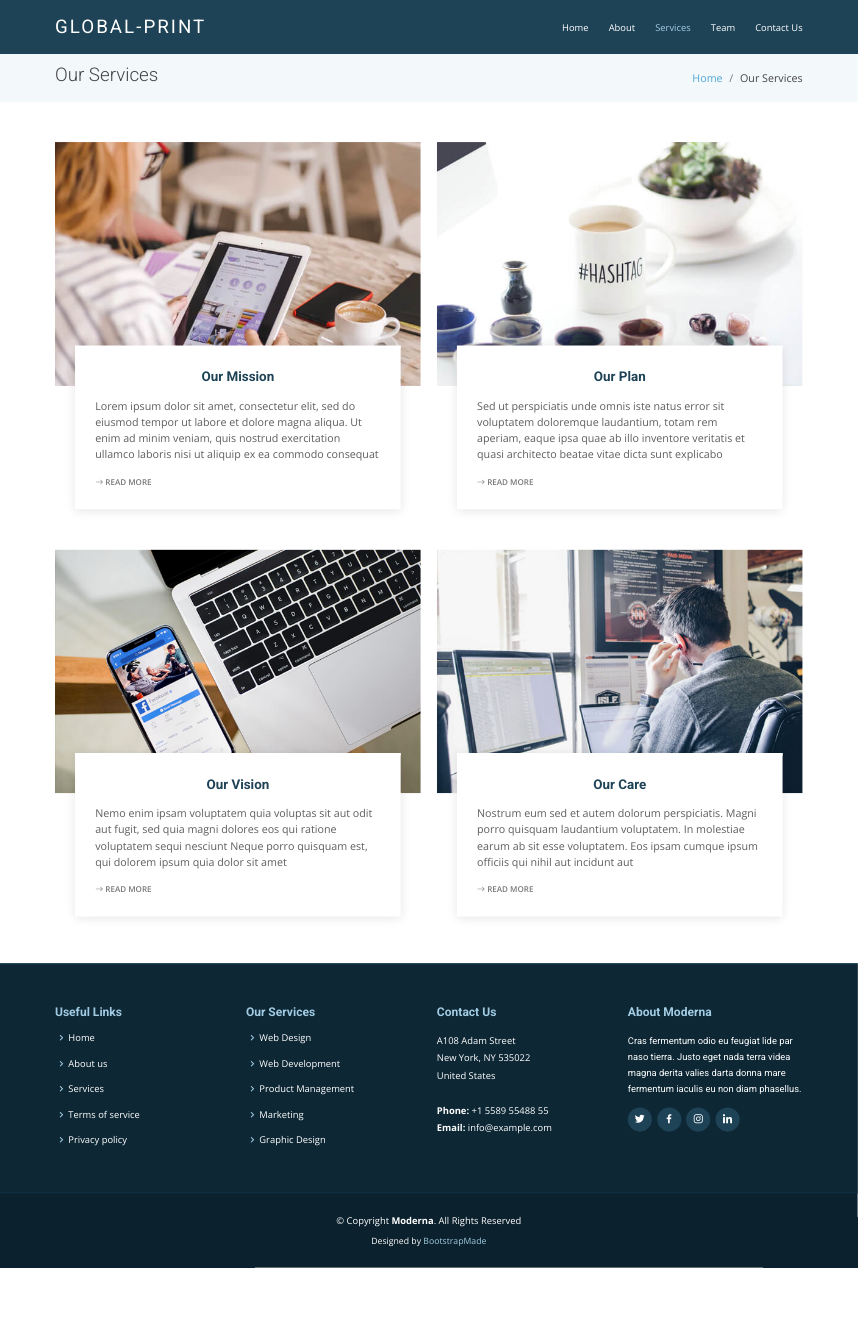
Repository: VachArt/Global-print
Page: services.html
An editor plug-in stored every save of this project. The page is shown before and after the next save, followed by the edit.
The browser window is 1280 px wide. The pictures show the whole page, at 67% of full size.

Above is the page before, as saved 2022-06-09 12:50:04.

### services.html
<!DOCTYPE html>
<html lang="en">

<head>
  <meta charset="utf-8">
  <meta content="width=device-width, initial-scale=1.0" name="viewport">

  <title>GlobalPrint</title>
  <meta content="" name="description">
  <meta content="" name="keywords">


  <!-- Google Fonts -->
  <link href="https://fonts.googleapis.com/css?family=Open+Sans:300,300i,400,400i,600,600i,700,700i|Roboto:300,300i,400,400i,500,500i,700,700i&display=swap" rel="stylesheet">

  <!-- Vendor CSS Files -->
  <link href="assets/vendor/animate.css/animate.min.css" rel="stylesheet">
  <link href="assets/vendor/aos/aos.css" rel="stylesheet">
  <link href="assets/vendor/bootstrap/css/bootstrap.min.css" rel="stylesheet">
  <link href="assets/vendor/bootstrap-icons/bootstrap-icons.css" rel="stylesheet">
  <link href="assets/vendor/boxicons/css/boxicons.min.css" rel="stylesheet">
  <link href="assets/vendor/glightbox/css/glightbox.min.css" rel="stylesheet">
  <link href="assets/vendor/swiper/swiper-bundle.min.css" rel="stylesheet">

  <!-- Template Main CSS File -->
  <link href="assets/css/style.css" rel="stylesheet">

</head>

<body>

  <!-- ======= Header ======= -->
  <header id="header" class="fixed-top d-flex align-items-center ">
    <div class="container d-flex justify-content-between align-items-center">

      <div class="logo">
        <h1 class="text-light"><a href="index.html"><span>Global-Print</span></a></h1>
        <!-- Uncomment below if you prefer to use an image logo -->
        <!-- <a href="index.html"><img src="assets/img/logo.png" alt="" class="img-fluid"></a>-->
      </div>

      <nav id="navbar" class="navbar">
        <ul>
          <li><a class="" href="index.html">Home</a></li>
          <li><a href="about.html">About</a></li>
          <li><a class="active" href="services.html">Services</a></li>
          <li><a href="team.html">Team</a></li>
          <li><a href="contact.html">Contact Us</a></li>
        </ul>
        <i class="bi bi-list mobile-nav-toggle"></i>
      </nav><!-- .navbar -->

    </div>
  </header><!-- End Header -->

  <main id="main">

    <!-- ======= Our Services Section ======= -->
    <section class="breadcrumbs">
      <div class="container">

        <div class="d-flex justify-content-between align-items-center">
          <h2>Our Services</h2>
          <ol>
            <li><a href="index.html">Home</a></li>
            <li>Our Services</li>
          </ol>
        </div>

      </div>
    </section><!-- End Our Services Section -->



    <!-- ======= Service Details Section ======= -->
    <section class="service-details">
      <div class="container">

        <div class="row">
          <div class="col-md-6 d-flex align-items-stretch" data-aos="fade-up">
            <div class="card">
              <div class="card-img">
                <img src="assets/img/service-details-1.jpg" alt="...">
              </div>
              <div class="card-body">
                <h5 class="card-title"><a href="#">Our Mission</a></h5>
                <p class="card-text">Lorem ipsum dolor sit amet, consectetur elit, sed do eiusmod tempor ut labore et dolore magna aliqua. Ut enim ad minim veniam, quis nostrud exercitation ullamco laboris nisi ut aliquip ex ea commodo consequat</p>
                <div class="read-more"><a href="#"><i class="bi bi-arrow-right"></i> Read More</a></div>
              </div>
            </div>
          </div>
          <div class="col-md-6 d-flex align-items-stretch" data-aos="fade-up">
            <div class="card">
              <div class="card-img">
                <img src="assets/img/service-details-2.jpg" alt="...">
              </div>
              <div class="card-body">
                <h5 class="card-title"><a href="#">Our Plan</a></h5>
                <p class="card-text">Sed ut perspiciatis unde omnis iste natus error sit voluptatem doloremque laudantium, totam rem aperiam, eaque ipsa quae ab illo inventore veritatis et quasi architecto beatae vitae dicta sunt explicabo</p>
                <div class="read-more"><a href="#"><i class="bi bi-arrow-right"></i> Read More</a></div>
              </div>
            </div>

          </div>
          <div class="col-md-6 d-flex align-items-stretch" data-aos="fade-up">
            <div class="card">
              <div class="card-img">
                <img src="assets/img/service-details-3.jpg" alt="...">
              </div>
              <div class="card-body">
                <h5 class="card-title"><a href="#">Our Vision</a></h5>
                <p class="card-text">Nemo enim ipsam voluptatem quia voluptas sit aut odit aut fugit, sed quia magni dolores eos qui ratione voluptatem sequi nesciunt Neque porro quisquam est, qui dolorem ipsum quia dolor sit amet</p>
                <div class="read-more"><a href="#"><i class="bi bi-arrow-right"></i> Read More</a></div>
              </div>
            </div>
          </div>
          <div class="col-md-6 d-flex align-items-stretch" data-aos="fade-up">
            <div class="card">
              <div class="card-img">
                <img src="assets/img/service-details-4.jpg" alt="...">
              </div>
              <div class="card-body">
                <h5 class="card-title"><a href="#">Our Care</a></h5>
                <p class="card-text">Nostrum eum sed et autem dolorum perspiciatis. Magni porro quisquam laudantium voluptatem. In molestiae earum ab sit esse voluptatem. Eos ipsam cumque ipsum officiis qui nihil aut incidunt aut</p>
                <div class="read-more"><a href="#"><i class="bi bi-arrow-right"></i> Read More</a></div>
              </div>
            </div>
          </div>
        </div>

      </div>
    </section><!-- End Service Details Section -->


  </main><!-- End #main -->

  <!-- ======= Footer ======= -->
  <footer id="footer" data-aos="fade-up" data-aos-easing="ease-in-out" data-aos-duration="500">


    <div class="footer-top">
      <div class="container">
        <div class="row">

          <div class="col-lg-3 col-md-6 footer-links">
            <h4>Useful Links</h4>
            <ul>
              <li><i class="bx bx-chevron-right"></i> <a href="#">Home</a></li>
              <li><i class="bx bx-chevron-right"></i> <a href="#">About us</a></li>
              <li><i class="bx bx-chevron-right"></i> <a href="#">Services</a></li>
              <li><i class="bx bx-chevron-right"></i> <a href="#">Terms of service</a></li>
              <li><i class="bx bx-chevron-right"></i> <a href="#">Privacy policy</a></li>
            </ul>
          </div>

          <div class="col-lg-3 col-md-6 footer-links">
            <h4>Our Services</h4>
            <ul>
              <li><i class="bx bx-chevron-right"></i> <a href="#">Web Design</a></li>
              <li><i class="bx bx-chevron-right"></i> <a href="#">Web Development</a></li>
              <li><i class="bx bx-chevron-right"></i> <a href="#">Product Management</a></li>
              <li><i class="bx bx-chevron-right"></i> <a href="#">Marketing</a></li>
              <li><i class="bx bx-chevron-right"></i> <a href="#">Graphic Design</a></li>
            </ul>
          </div>

          <div class="col-lg-3 col-md-6 footer-contact">
            <h4>Contact Us</h4>
            <p>
              A108 Adam Street <br>
              New York, NY 535022<br>
              United States <br><br>
              <strong>Phone:</strong> +1 5589 55488 55<br>
              <strong>Email:</strong> info@example.com<br>
            </p>

          </div>

          <div class="col-lg-3 col-md-6 footer-info">
            <h3>About Moderna</h3>
            <p>Cras fermentum odio eu feugiat lide par naso tierra. Justo eget nada terra videa magna derita valies darta donna mare fermentum iaculis eu non diam phasellus.</p>
            <div class="social-links mt-3">
              <a href="#" class="twitter"><i class="bx bxl-twitter"></i></a>
              <a href="#" class="facebook"><i class="bx bxl-facebook"></i></a>
              <a href="#" class="instagram"><i class="bx bxl-instagram"></i></a>
              <a href="#" class="linkedin"><i class="bx bxl-linkedin"></i></a>
            </div>
          </div>

        </div>
      </div>
    </div>

    <div class="container">
      <div class="copyright">
        &copy; Copyright <strong><span>Moderna</span></strong>. All Rights Reserved
      </div>
      <div class="credits">
        <!-- All the links in the footer should remain intact. -->
        <!-- You can delete the links only if you purchased the pro version. -->
        <!-- Licensing information: https://bootstrapmade.com/license/ -->
        <!-- Purchase the pro version with working PHP/AJAX contact form: https://bootstrapmade.com/free-bootstrap-template-corporate-moderna/ -->
        Designed by <a href="https://bootstrapmade.com/">BootstrapMade</a>
      </div>
    </div>
  </footer><!-- End Footer -->

  <a href="#" class="back-to-top d-flex align-items-center justify-content-center"><i class="bi bi-arrow-up-short"></i></a>

  <!-- Vendor JS Files -->
  <script src="assets/vendor/purecounter/purecounter.js"></script>
  <script src="assets/vendor/aos/aos.js"></script>
  <script src="assets/vendor/bootstrap/js/bootstrap.bundle.min.js"></script>
  <script src="assets/vendor/glightbox/js/glightbox.min.js"></script>
  <script src="assets/vendor/isotope-layout/isotope.pkgd.min.js"></script>
  <script src="assets/vendor/swiper/swiper-bundle.min.js"></script>
  <script src="assets/vendor/waypoints/noframework.waypoints.js"></script>
  <script src="assets/vendor/php-email-form/validate.js"></script>

  <!-- Template Main JS File -->
  <script src="assets/js/main.js"></script>

</body>

</html>

Loaded but not shown: assets/vendor/animate.css/animate.min.css (library); assets/vendor/aos/aos.css (library); assets/vendor/bootstrap/css/bootstrap.min.css (library); assets/vendor/bootstrap-icons/bootstrap-icons.css (library); assets/vendor/boxicons/css/boxicons.min.css (library); assets/vendor/glightbox/css/glightbox.min.css (library); assets/vendor/swiper/swiper-bundle.min.css (library); assets/vendor/purecounter/purecounter.js (library); assets/vendor/aos/aos.js (library); assets/vendor/bootstrap/js/bootstrap.bundle.min.js (library); assets/vendor/glightbox/js/glightbox.min.js (library); assets/vendor/isotope-layout/isotope.pkgd.min.js (library); assets/vendor/swiper/swiper-bundle.min.js (library); assets/vendor/waypoints/noframework.waypoints.js (library); assets/vendor/php-email-form/validate.js (common file); assets/js/main.js (225 lines, source omitted); assets/css/style.css (1988 lines, source omitted)

After the next save:
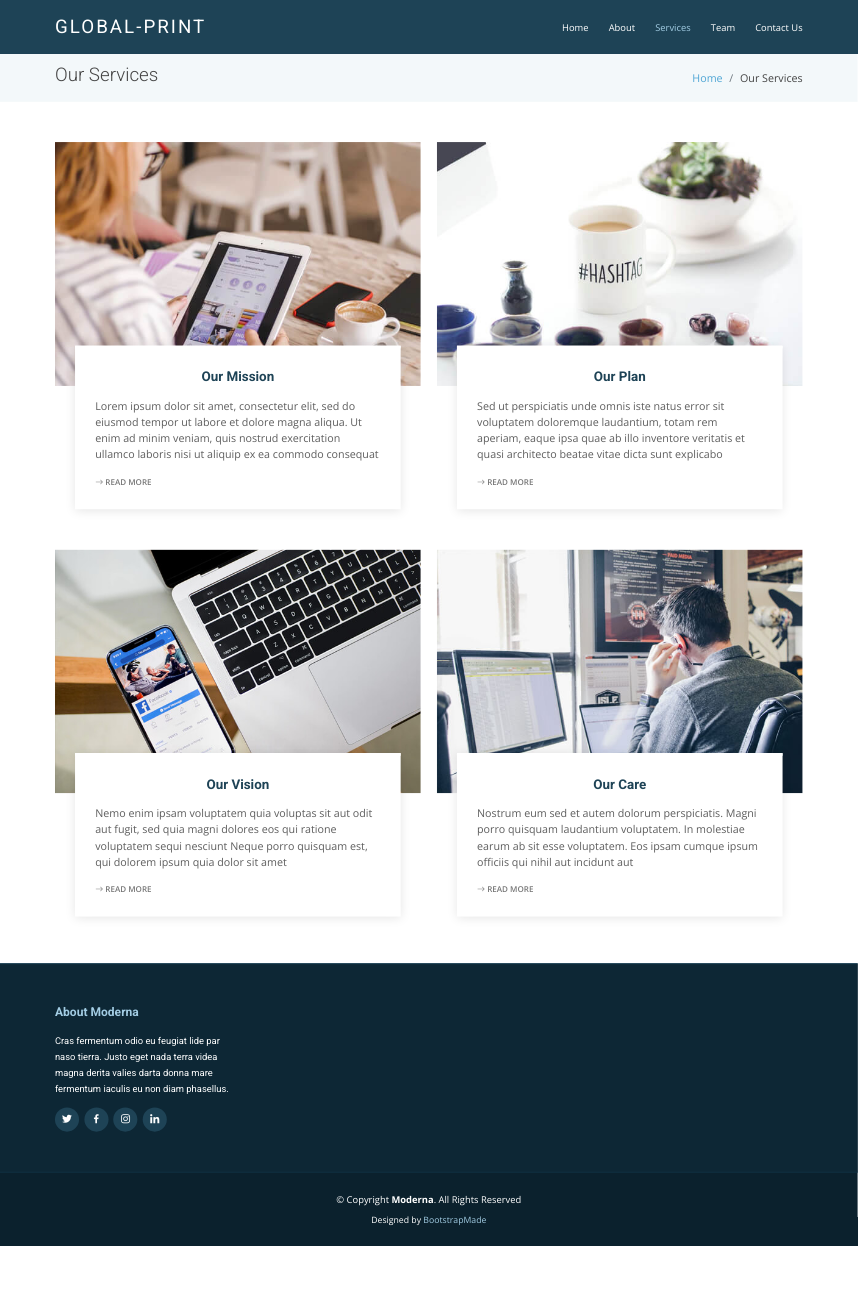
Saved 20 s later.
--- a/services.html
+++ b/services.html
@@ -142,39 +142,7 @@
       <div class="container">
         <div class="row">
 
-          <div class="col-lg-3 col-md-6 footer-links">
-            <h4>Useful Links</h4>
-            <ul>
-              <li><i class="bx bx-chevron-right"></i> <a href="#">Home</a></li>
-              <li><i class="bx bx-chevron-right"></i> <a href="#">About us</a></li>
-              <li><i class="bx bx-chevron-right"></i> <a href="#">Services</a></li>
-              <li><i class="bx bx-chevron-right"></i> <a href="#">Terms of service</a></li>
-              <li><i class="bx bx-chevron-right"></i> <a href="#">Privacy policy</a></li>
-            </ul>
-          </div>
 
-          <div class="col-lg-3 col-md-6 footer-links">
-            <h4>Our Services</h4>
-            <ul>
-              <li><i class="bx bx-chevron-right"></i> <a href="#">Web Design</a></li>
-              <li><i class="bx bx-chevron-right"></i> <a href="#">Web Development</a></li>
-              <li><i class="bx bx-chevron-right"></i> <a href="#">Product Management</a></li>
-              <li><i class="bx bx-chevron-right"></i> <a href="#">Marketing</a></li>
-              <li><i class="bx bx-chevron-right"></i> <a href="#">Graphic Design</a></li>
-            </ul>
-          </div>
-
-          <div class="col-lg-3 col-md-6 footer-contact">
-            <h4>Contact Us</h4>
-            <p>
-              A108 Adam Street <br>
-              New York, NY 535022<br>
-              United States <br><br>
-              <strong>Phone:</strong> +1 5589 55488 55<br>
-              <strong>Email:</strong> info@example.com<br>
-            </p>
-
-          </div>
 
           <div class="col-lg-3 col-md-6 footer-info">
             <h3>About Moderna</h3>
